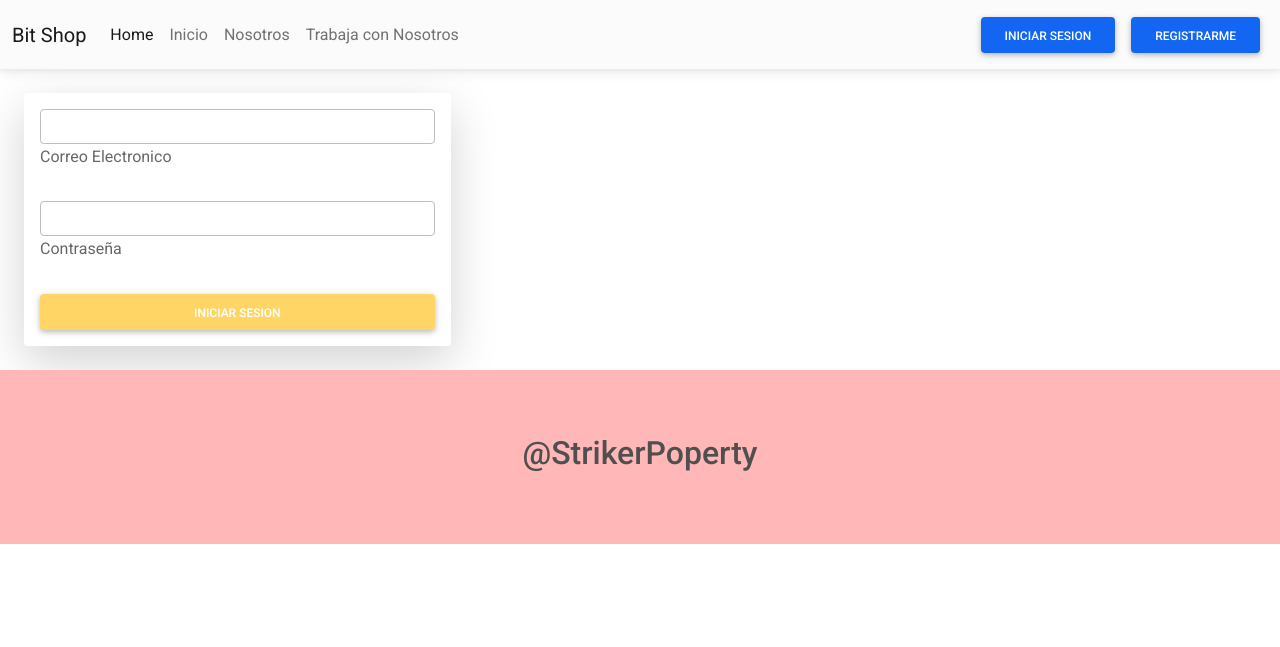
Repository: TzStrikerYT/myClassRoom
Page: /login (app in bit-shop-front/)
These files come from the project's save history. The page is drawn as it stood at one moment and after the next save; the edit follows.
The browser window is 1280 px wide. The pictures show the whole page.
The project was rebuilt for these pictures with package versions that can differ from the ones it lists, and the page was loaded fresh each time. Also part of the build but not shown: bit-shop-front/angular.json, bit-shop-front/src/app/components/home/home.component.ts, bit-shop-front/src/app/components/not-found/not-found.component.ts.

Above is the page before, as saved 2022-02-23 19:03:39.

### bit-shop-front/src/index.html
<!DOCTYPE html>
<html lang="en">
  <head>
    <meta charset="utf-8" />
    <title>BitShopFront</title>
    <base href="/" />
    <meta name="viewport" content="width=device-width, initial-scale=1" />
    <link rel="icon" type="image/x-icon" href="favicon.ico" />

    <!-- Font Awesome -->
    <link
      href="https://cdnjs.cloudflare.com/ajax/libs/font-awesome/5.15.1/css/all.min.css"
      rel="stylesheet"
    />
    <!-- Google Fonts -->
    <link
      href="https://fonts.googleapis.com/css?family=Roboto:300,400,500,700&display=swap"
      rel="stylesheet"
    />
    <!-- MDB -->
    <link
      href="https://cdnjs.cloudflare.com/ajax/libs/mdb-ui-kit/3.10.2/mdb.min.css"
      rel="stylesheet"
    />
  </head>
  <body>
    <app-root></app-root>

    <!-- MDB -->
    <script
      type="text/javascript"
      src="https://cdnjs.cloudflare.com/ajax/libs/mdb-ui-kit/3.10.2/mdb.min.js"
    ></script>
  </body>
</html>

### bit-shop-front/src/styles.css
/* You can add global styles to this file, and also import other style files */
.bg-pink {
    background: #ffb7b7;
}

.bg-yellow {
    background: #ffd665;
}

.card-size {
    width: 12rem;
}

### bit-shop-front/src/app/app.module.ts
import { NgModule } from '@angular/core';
import { BrowserModule } from '@angular/platform-browser';

import { AppRoutingModule } from './app-routing.module';
import { AppComponent } from './app.component';
import { LoginComponent } from './components/login/login.component';
import { HomeComponent } from './components/home/home.component';
import { NotFoundComponent } from './components/not-found/not-found.component';
import { FooterComponent } from './components/footer/footer.component';
import { BrowserAnimationsModule } from '@angular/platform-browser/animations';

@NgModule({
  declarations: [
    AppComponent,
    LoginComponent,
    HomeComponent,
    NotFoundComponent,
    FooterComponent,
  ],
  imports: [
    BrowserModule,
    AppRoutingModule,
  ],
  providers: [],
  bootstrap: [AppComponent]
})
export class AppModule { }

### bit-shop-front/src/app/app-routing.module.ts
import { NgModule } from '@angular/core';
import { RouterModule, Routes } from '@angular/router';
import { HomeComponent } from './components/home/home.component';
import { LoginComponent } from './components/login/login.component';
import { NotFoundComponent } from './components/not-found/not-found.component';

// enrutamiento de componentes
const routes: Routes = [
  { path: 'login', component: LoginComponent},
  { path: 'home', component: HomeComponent},
  { path: '', redirectTo: '/home', pathMatch: 'full' },
  { path: '**', component: NotFoundComponent}
];

@NgModule({
  imports: [RouterModule.forRoot(routes)],
  exports: [RouterModule],
})
export class AppRoutingModule {}

### bit-shop-front/src/app/app.component.ts
import { Component, OnInit } from '@angular/core';

@Component({
  selector: 'app-root',
  templateUrl: './app.component.html',
  styleUrls: ['./app.component.css']
})
export class AppComponent {
  title = 'bit-shop-front';
  token = false
}

### bit-shop-front/src/app/components/login/login.component.ts
import { Component, OnInit } from '@angular/core';

@Component({
  selector: 'app-login',
  templateUrl: './login.component.html',
  styleUrls: ['./login.component.css']
})
export class LoginComponent implements OnInit {

  constructor() { }

  ngOnInit(): void {

  }
}

### bit-shop-front/src/app/app.component.html
<!-- Nav Bar -->
<nav class="navbar navbar-expand-lg navbar-light bg-light">
  <div class="container-fluid">
    <a class="navbar-brand" href="#">Bit Shop</a>
    <button
      class="navbar-toggler"
      type="button"
      data-mdb-toggle="collapse"
      data-mdb-target="#navbarNavAltMarkup"
      aria-controls="navbarNavAltMarkup"
      aria-expanded="false"
      aria-label="Toggle navigation"
    >
      <i class="fas fa-bars"></i>
    </button>
    <div class="collapse navbar-collapse" id="navbarNavAltMarkup">
      <div class="navbar-nav">
        <a class="nav-link active" aria-current="page" href="#">Home</a>
        <a class="nav-link" href="#">Inicio</a>
        <a class="nav-link" href="#">Nosotros</a>
        <a class="nav-link" href="#">Trabaja con Nosotros</a>
      </div>

      <div class="navbar-nav ms-auto" *ngIf="!token; else elseTag">
        <a class="m-2 btn btn-primary" href="#">Iniciar Sesion</a>
        <a class="m-2 btn btn-primary" href="#">Registrarme</a>
      </div>

      <ng-template #elseTag>
        <div class="navbar-nav ms-auto">
          <a class="m-2 btn btn-primary" href="#">Usuario</a>

        </div>
      </ng-template>
    </div>
  </div>
</nav>
<router-outlet></router-outlet>
<app-footer></app-footer>

### bit-shop-front/src/app/components/login/login.component.html
<section>

    <div class="col-md-4 m-4 p-3 shadow-lg rounded">
        <form>
            <!-- Email input -->
            <div class="mb-4">
              <input type="email" id="form1Example1" class="form-control" />
              <label class="form-label" for="form1Example1">Correo Electronico</label>
            </div>

            <!-- Password input -->
            <div class="mb-4">
              <input type="password" id="form1Example2" class="form-control" />
              <label class="form-label" for="form1Example2">Contraseña</label>
            </div>

            <!-- Submit button -->
            <button type="submit" class="btn bg-yellow text-white btn-block">Iniciar Sesion</button>
          </form>
    </div>

</section>

### bit-shop-front/src/app/components/footer/footer.component.html
<div class="bg-pink p-5">
    <h2 class="p-3 text-center">@StrikerPoperty</h2>
</div>

Loaded but not shown: bit-shop-front/src/main.ts (common file); bit-shop-front/src/environments/environment.ts (common file); bit-shop-front/src/app/components/footer/footer.component.ts (common file); bit-shop-front/src/app/components/footer/footer.component.css (no stored copy; drawn as an empty file); bit-shop-front/src/app/components/login/login.component.css (no stored copy; drawn as an empty file); bit-shop-front/src/app/app.component.css (no stored copy; drawn as an empty file)

After the next save:
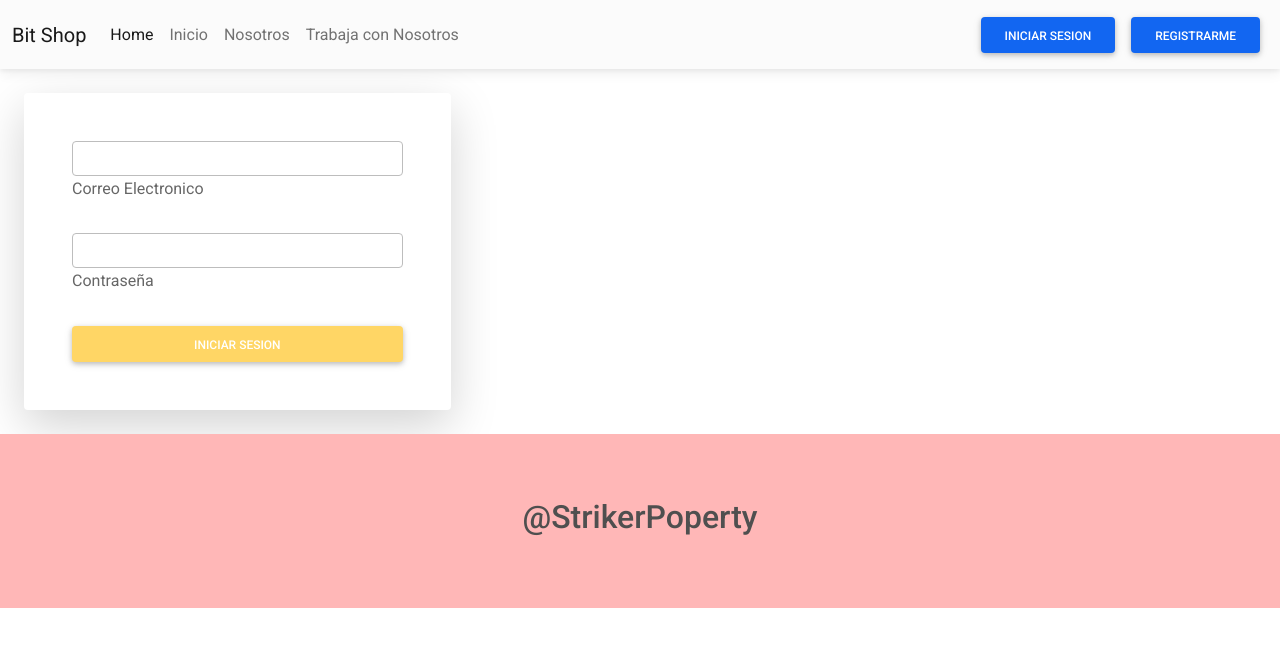
Saved 11 s later.
--- a/bit-shop-front/src/app/components/login/login.component.html
+++ b/bit-shop-front/src/app/components/login/login.component.html
@@ -1,6 +1,6 @@
 <section>
 
-    <div class="col-md-4 m-4 p-3 shadow-lg rounded">
+    <div class="col-md-4 m-4 p-5 shadow-lg rounded">
         <form>
             <!-- Email input -->
             <div class="mb-4">
